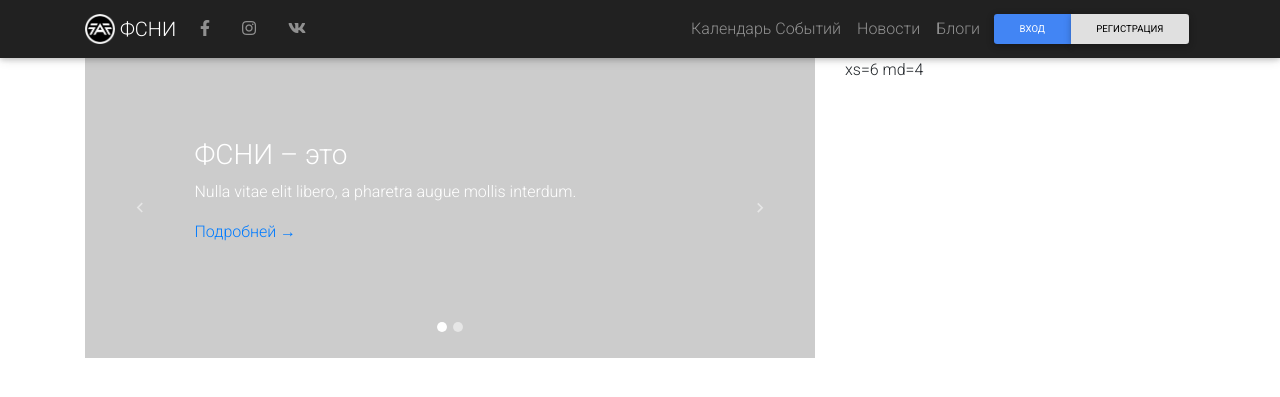
Repository: alexey1986/fsni_test
Page: /
The author's editor kept a copy of each file at every save. The page is drawn from the files as they stood at one save, then again after the next save.
The browser window is 1280 px wide. The pictures show the whole page.
The project was rebuilt for these pictures with package versions that can differ from the ones it lists, and the page was loaded fresh each time. Also part of the build but not shown: src/pages/calendar.jsx, src/pages/news.jsx, src/pages/blogs.jsx.

Above is the page before, as saved 2020-08-29 09:54:50.

After the next save:
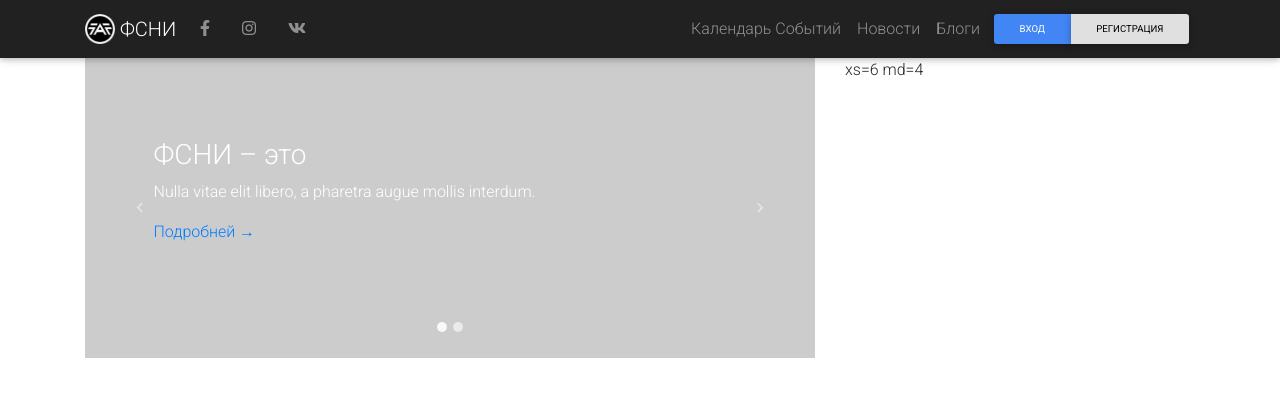
Saved 8 s later.
--- a/src/components/carousel/Carousel.jsx
+++ b/src/components/carousel/Carousel.jsx
@@ -5,7 +5,7 @@
 
 const CarouselComponent = () => {
     return (
-        <Carousel interval={null}>
+        <Carousel>
             <Carousel.Item>
                 <Carousel.Caption>
                     <h3>ФСНИ – это </h3>

After the save that followed:
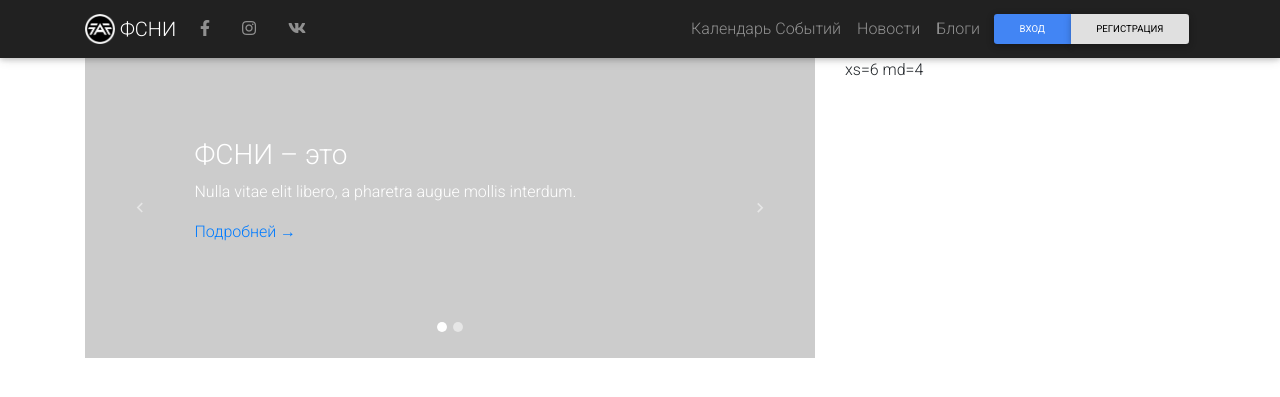
Saved 6 s later.
--- a/src/components/carousel/Carousel.jsx
+++ b/src/components/carousel/Carousel.jsx
@@ -5,7 +5,7 @@
 
 const CarouselComponent = () => {
     return (
-        <Carousel>
+        <Carousel interval={null}>
             <Carousel.Item>
                 <Carousel.Caption>
                     <h3>ФСНИ – это </h3>
